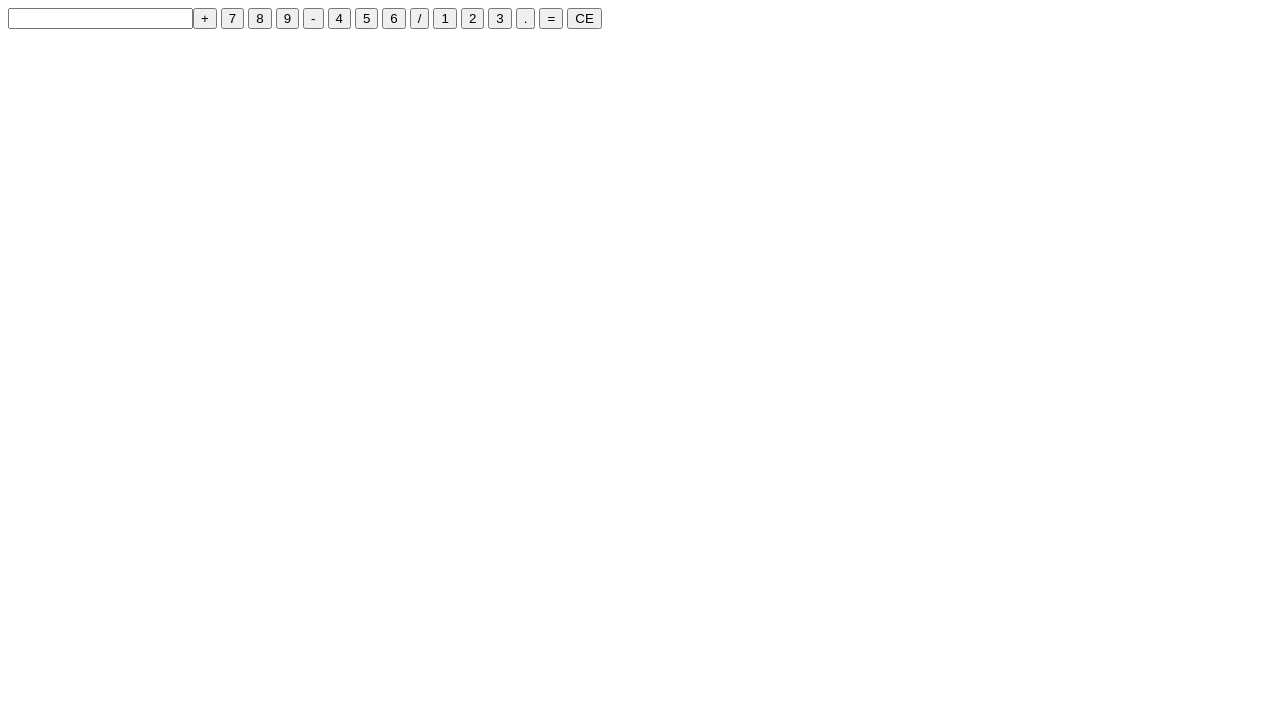
Repository: rkrukshan/JS-Calculator
Page: index.html
These files come from the project's save history. The page is drawn as it stood at one moment and after a run of saves; the edit follows.
The browser window is 1280 px wide. The pictures show the whole page.

Above is the page before, as saved 2024-09-02 13:23:19.

### index.html
<!DOCTYPE html>
<html lang="en">

<head>
    <meta charset="UTF-8">
    <meta name="viewport" content="width=device-width, initial-scale=1.0">
    <title>Document</title>
    <link rel="stylesheet" href="style.css">
</head>

<body>
    <div id="calculator">
        <input id="screen" readonly>
        <div id="buttons">

            <button onclick="appendScreen('+')">+</button>
            <button onclick="appendScreen('7')">7</button>
            <button onclick="appendScreen('8')">8</button>
            <button onclick="appendScreen('9')">9</button>
            <button onclick="appendScreen('-')">-</button>
            <button onclick="appendScreen('4')">4</button>
            <button onclick="appendScreen('5')">5</button>
            <button onclick="appendScreen('6')">6</button>
            <button onclick="appendScreen('/')">/</button>
            <button onclick="appendScreen('1')">1</button>
            <button onclick="appendScreen('2')">2</button>
            <button onclick="appendScreen('3')">3</button>
            <button onclick="appendScreen('.')">.</button>
            <button onclick="appendScreen('=')">=</button>
            <button onclick="appendScreen('CE')">CE</button>

        </div>
    </div>
</body>

</html>

### style.css
#calculator{
    display: flex;
    align-items: center;
    height: ;
}

After the next 5 saves:
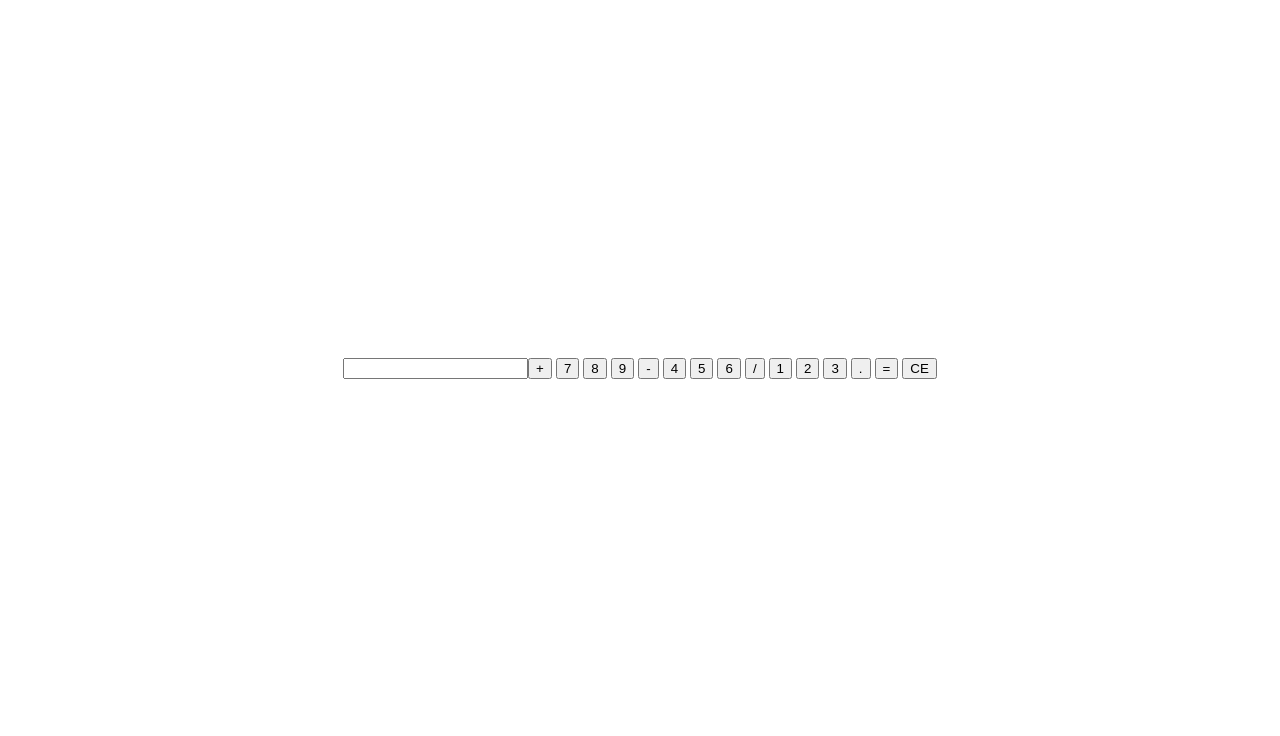
The 5 saves are shown as one change because they came seconds apart.
The last was saved 14 s later.
--- a/style.css
+++ b/style.css
@@ -1,5 +1,6 @@
 #calculator{
     display: flex;
     align-items: center;
-    height: ;
+    height: 100vh;
+    justify-content: center;
 }
